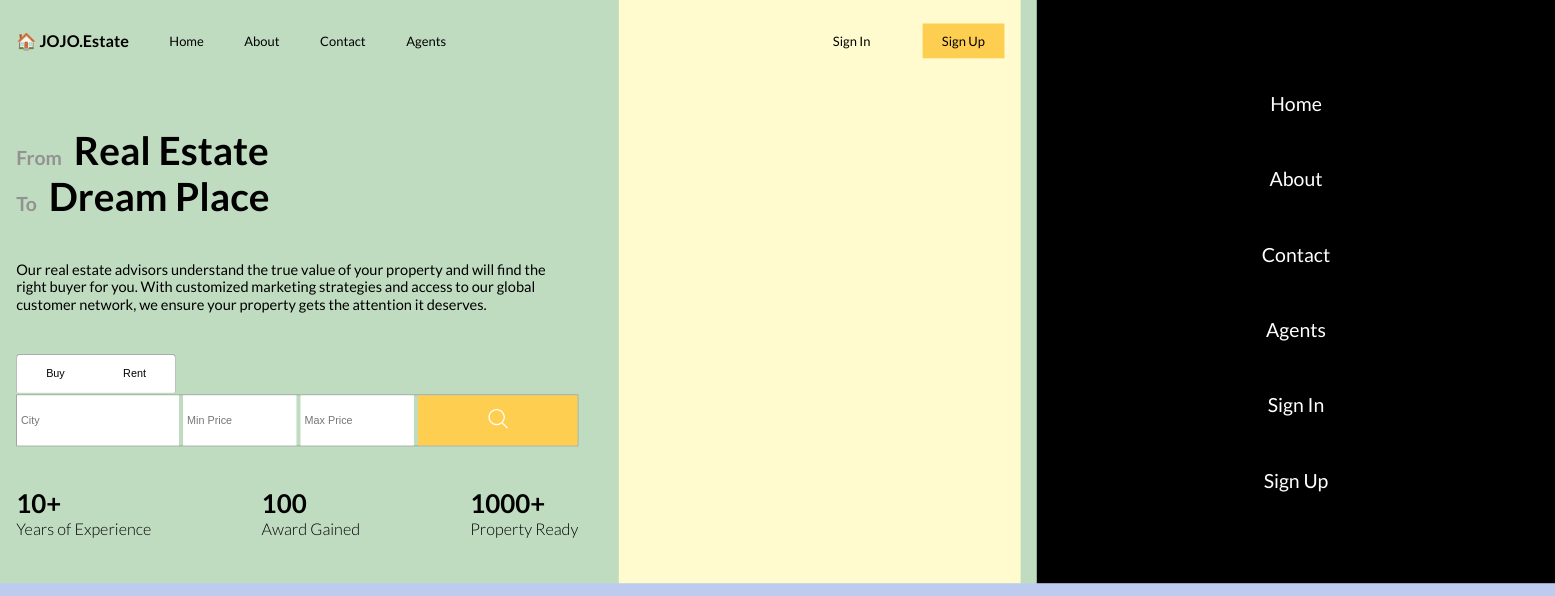
Repository: AiTrinh303/JOJO-estate
Page: /
The author's editor kept a copy of each file at every save. The page is drawn from the files as they stood at one save, then again after a run of saves.
The browser window is 1280 px wide. The page is 1920 px wide, so the pictures cover 1920 px, including what lies to the right of the window. The pictures show the whole page, at 81% of full size.
The page's requests for data from a server got no answer. The project was rebuilt for these pictures with package versions that can differ from the ones it lists, and the page was loaded fresh each time. No one was signed in, and anything a server would have sent is missing. Also part of the build but not shown: vite.config.js, src/routes/listPage/listPage.scss, src/components/filter/filter.scss, src/components/filter/Filter.jsx, src/components/card/card.scss, src/components/card/Card.jsx, src/components/map/map.scss, src/components/pin/pin.scss and 21 more. Imported but missing from the stored project, and not drawn on this page: src/components/uploadWidget/UploadWidget.

Above is the page before, as saved 2024-08-06 22:11:20.

### index.html
<!DOCTYPE html>
<html lang="en">
  <head>
    <meta charset="UTF-8" />
    <link rel="icon" type="image/svg+xml" href="/logo.png" />
    <meta name="viewport" content="width=device-width, initial-scale=1.0" />
    <title>🏠JOJO Estate App</title>
    <meta name="description" content="Buy, Sell and Rent Properties" />
    <link
      href="https://fonts.googleapis.com/css2?family=Lato:ital,wght@0,100;0,300;0,400;0,700;0,900;1,100;1,300;1,400;1,700;1,900&display=swap"
      rel="stylesheet"
    />
  </head>
  <body>
    <div id="root"></div>
    <script type="module" src="/src/main.jsx"></script>
  </body>
</html>

### src/App.jsx
import HomePage from "./routes/homePage/homePage";
import { createBrowserRouter, RouterProvider } from "react-router-dom";
import ListPage from "./routes/listPage/listPage";
import { Layout, RequireAuth } from "./routes/layout/layout";
import SinglePage from "./routes/singlePage/singlePage";
import ProfilePage from "./routes/profilePage/profilePage";
import Login from "./routes/login/login";
import Register from "./routes/register/register";
import ProfileUpdatePage from "./routes/profileUpdatePage/profileUpdatePage";
import NewPostPage from "./routes/newPostPage/newPostPage";
import { listPageLoader, profilePageLoader, singlePageLoader } from "./lib/loaders";

function App() {
  const router = createBrowserRouter([
    {
      path: "/",
      element: <Layout />,
      children: [
        {
          path: "/",
          element: <HomePage />,
        },
        {
          path: "/list",
          element: <ListPage />,
          loader: listPageLoader,
        },
        {
          path: "/:id",
          element: <SinglePage />,
          loader: singlePageLoader,
        },
        {
          path: "/login",
          element: <Login />,
        },
        {
          path: "/register",
          element: <Register />,
        },
      ],
    },
    {
      path: "/",
      element: <RequireAuth />,
      children: [
        {
          path: "/profile",
          element: <ProfilePage />,
          loader: profilePageLoader
        },
        {
          path: "/profile/update",
          element: <ProfileUpdatePage />,
        },
        {
          path: "/add",
          element: <NewPostPage />,
        },
      ],
    },
  ]);

  return <RouterProvider router={router} />;
}

export default App;

### src/index.scss
*{
  padding: 0;
  margin: 0;
  box-sizing: border-box;
}

a {
  text-decoration: none;
  color: inherit;
}

body{
  font-family: "Lato", sans-serif;
  overflow: hidden;
  background-color: #bdcbee;

}

### src/routes/homePage/homePage.jsx
import { useContext } from "react";
import SearchBar from "../../components/searchBar/SearchBar";
import "./homePage.scss";
import { AuthContext } from "../../context/AuthContext";

function HomePage() {

  const {currentUser} = useContext(AuthContext)

  return (
    <div className="homePage">
      <div className="textContainer">
        <div className="wrapper">
          <h1 className="title">
            <span className="small-text">From </span>
            <span className="animated-text">Real Estate</span>
            <br />
            <span className="small-text">To </span>
            <span className="animated-text">Dream Place</span>
          </h1>
          <p>
          Our real estate advisors understand the true value of your property and will find the right buyer for you. With customized marketing strategies and access to our global customer network, we ensure your property gets the attention it deserves.
          </p>
          <SearchBar />
          <div className="boxes">
            <div className="box">
              <h1>10+</h1>
              <h2>Years of Experience</h2>
            </div>
            <div className="box">
              <h1>100</h1>
              <h2>Award Gained</h2>
            </div>
            <div className="box">
              <h1>1000+</h1>
              <h2>Property Ready</h2>
            </div>
          </div>
        </div>
      </div>
      <div className="imgContainer">
        <img src="/bg.png" alt="background" />
      </div>

    </div>
  );
}

export default HomePage;

### src/routes/layout/layout.jsx
import "./layout.scss";
import Navbar from "../../components/navbar/Navbar";
import { Navigate, Outlet } from "react-router-dom";
import { useContext } from "react";
import { AuthContext } from "../../context/AuthContext";

function Layout() {
  return (
    <div className="layout">
      <div className="navbar">
        <Navbar />
      </div>
      <div className="content">
        <Outlet />
      </div>
    </div>
  );
}

function RequireAuth() {
  const { currentUser } = useContext(AuthContext);

  if (!currentUser) return <Navigate to="/login" />;
  else {
    return (
      <div className="layout">
        <div className="navbar">
          <Navbar />
        </div>
        <div className="content">
          <Outlet />
        </div>
      </div>
    );
  }
}

export { Layout, RequireAuth };

### src/components/searchBar/SearchBar.jsx
import { useState } from "react";
import "./searchBar.scss";
import { Link } from "react-router-dom";

const types = ["buy", "rent"];

function SearchBar() {
  const [query, setQuery] = useState({
    type: "buy",
    city: "",
    minPrice: 0,
    maxPrice: 0,
  });

  const switchType = (val) => {
    setQuery((prev) => ({ ...prev, type: val }));
  };

  const handleChange = (e) => {
    setQuery((prev) => ({ ...prev, [e.target.name]: e.target.value }));
  };

  return (
    <div className="searchBar">
      <div className="type">
        {types.map((type) => (
          <button
            key={type}
            onClick={() => switchType(type)}
            className={query.type === type ? "active" : ""}
          >
            {type}
          </button>
        ))}
      </div>
      <form>
        <input
          type="text"
          name="city"
          placeholder="City"
          onChange={handleChange}
        />
        <input
          type="number"
          name="minPrice"
          min={0}
          max={10000000}
          placeholder="Min Price"
          onChange={handleChange}
        />
        <input
          type="number"
          name="maxPrice"
          min={0}
          max={10000000}
          placeholder="Max Price"
          onChange={handleChange}
        />
        <Link
          to={`/list?type=${query.type}&city=${query.city}&minPrice=${query.minPrice}&maxPrice=${query.maxPrice}`}
        >
          <button>
            <img src="/search.png" alt="" />
          </button>
        </Link>
      </form>
    </div>
  );
}

export default SearchBar;

### src/routes/homePage/homePage.scss
@import "../../responsive.scss";

.homePage {
  display: flex;
  height: 100%;

  .textContainer {
    flex: 3;

    .wrapper {
      padding-right: 100px;
      display: flex;
      flex-direction: column;
      justify-content: center;
      gap: 50px;
      height: 100%;

      @include lg{
        padding-right: 50px;
      }

      @include md{
        padding: 0;
      }

      @include sm{
        justify-content: flex-start;
      }

      .title {
        font-size: 64px;
        .small-text {
          font-size: 0.5em;
          color: #929292;
          margin-right: 10px;
        }
        .animated-text {
          display: inline-block;
          position: relative;
          animation: slide-in 2s ease-in-out;
        }
        @include lg {
          font-size: 48px;
        }
      }
      p {
        font-size: 18px;
      }

      .boxes {
        display: flex;
        justify-content: space-between;

        @include sm {
          display: none;
        }

        h1 {
          font-size: 36px;

          @include lg {
            font-size: 32px;
          }
        }

        h2 {
          font-size: 20px;
          font-weight: 300;
        }
      }
    }
  }

  .imgContainer {
    flex: 2;
    background-color: #fffbce;
    position: relative;
    display: flex;
    align-items: center;


    @include md {
      display: none;
    }

    img {
      width: 115%;
      position: absolute;
      right: -35px;
      opacity: 0;
      animation: fade-in-slide-up 2s ease-in-out forwards;

      @include lg {
        width: 105%;
      }
    }
  }


}
@keyframes slide-in {
  0% {
    opacity: 0;
    transform: translateX(-100%);
  }
  100% {
    opacity: 1;
    transform: translateX(0);
  }
}

@keyframes fade-in-slide-up {
  0% {
    opacity: 0;
    transform: translateY(50px); /* Start below */
  }
  100% {
    opacity: 1;
    transform: translateY(0); /* End at original position */
  }
}

### src/routes/layout/layout.scss
@import "../../responsive.scss";

.layout {
  height: 100vh;
  max-width: 1366px;
  margin-left: auto;
  margin-right: auto;
  padding-left: 20px;
  padding-right: 20px;
  background: rgb(192, 220, 192);

  @include lg {
    max-width: 1280px;
  }

  @include md {
    max-width: 768px;
  }

  @include sm {
    max-width: 640px;
  }

  .content {
    // flex: 1;
    height: calc(100vh - 100px);
  }
}

### src/components/navbar/Navbar.jsx
import { useContext, useState } from "react";
import "./navbar.scss";
import { Link } from "react-router-dom";
import { AuthContext } from "../../context/AuthContext";
import { useNotificationStore } from "../../lib/notificationStore";

function Navbar() {
  const [open, setOpen] = useState(false);

  const { currentUser } = useContext(AuthContext);

  const fetch = useNotificationStore((state) => state.fetch);
  const number = useNotificationStore((state) => state.number);

  if(currentUser) fetch();

  return (
    <nav>
      <div className="left">
        <a href="/" className="logo">
          <span>🏠 JOJO.Estate</span>
        </a>
        <a href="/">Home</a>
        <a href="/">About</a>
        <a href="/">Contact</a>
        <a href="/">Agents</a>
      </div>

      <div className="right">
        <a href="/">Sign In</a>
        <a href="/" className="register">Sign Up</a>
        <div className="menuIcon">
          <img
            src="/menu.png"
            alt="menu"
            onClick={() => setOpen((prev) => !prev)}/>
        </div>
        <div className={open ? "menu active" : "menu"}>
          <a href="/">Home</a>
          <a href="/">About</a>
          <a href="/">Contact</a>
          <a href="/">Agents</a>
          <a href="/">Sign In</a>
          <a href="/">Sign Up</a>
        </div>
        {/* {currentUser ? (
          <div className="user">
            <img src={currentUser.avatar || "/noavatar.jpg"} alt="" />
            <span>{currentUser.username}</span>
            <Link to="/profile" className="profile">
              {number > 0 && <div className="notification">{number}</div>}
              <span>Profile</span>
            </Link>
          </div>
        ) : (
          <>
            <a href="/login">Sign in</a>
            <a href="/register" className="register">
              Sign up
            </a>
          </>
        )}
        <div className="menuIcon">
          <img
            src="/menu.png"
            alt=""
            onClick={() => setOpen((prev) => !prev)}
          />
        </div>
        <div className={open ? "menu active" : "menu"}>
          <a href="/">Home</a>
          <a href="/">About</a>
          <a href="/">Contact</a>
          <a href="/">Agents</a>
          <a href="/">Sign in</a>
          <a href="/">Sign up</a>
        </div> */}
      </div>
    </nav>
  );
}

export default Navbar;

### src/components/searchBar/searchBar.scss
@import "../../responsive.scss";

.searchBar {
  .type {

    button {
      padding: 16px 36px;
      border: 1px solid #999;
      border-bottom: none;
      cursor: pointer;
      background-color: white;
      text-transform: capitalize;
      margin-bottom: 1px;
      width

      &.active {
        background-color: black;
        color: white;

      };

      &:first-child {
        border-top-left-radius: 5px;
        border-right: none;
      };
      &:last-child {
        border-top-right-radius: 5px;
        border-left: none;
      };
    }
  }

  form {
    margin-top: 1px;
    border: 1px solid #999;
    display: flex;
    justify-content: space-between;
    height: 64px;
    gap: 5px;

    @include sm {
      flex-direction: column;
      border: none;
    };

    input {
      border: none;
      padding: 0px 10px;
      width: 200px;

      @include lg {
        padding: 0px 5px;

        &:nth-child(2),
        &:nth-child(3) {
          width: 140px;
        }
      };
      @include md {
        width: 200px;
        &:nth-child(2),
        &:nth-child(3) {
          width: 200px;
        }
      };

      @include sm{
        width: auto;
        &:nth-child(2),
        &:nth-child(3) {
          width: auto;
        }
        padding: 20px;
        border: 1px solid #999;
      }
    };

    a{
      flex: 1;
      background-color: #fece51;
      display: flex;
      align-items: center;
      justify-content: center;

      button {
        border: none;
        cursor: pointer;
        background-color: #fece51;

        @include sm{
          padding: 10px;
        }

        img {
          width: 24px;
          height: 24px;
        }
      }
    }
  }
}

### src/responsive.scss
@mixin sm {
  @media (max-width: 738px) {
    @content;
  }
};

@mixin md {
  @media (max-width: 1024px) {
    @content;
  }
};

@mixin lg {
  @media (max-width: 1366px) {
    @content;
  }
};

### src/components/navbar/navbar.scss
@import "../../responsive.scss";

nav {
  height: 100px;
  display: flex;
  justify-content: space-between;
  align-items: center;

  a {
    transition: all 0.4s ease;

    @include sm {
      display: none;
    }

    &:hover {
      scale: 1.08;
    }
  }

  .left {
    flex: 3;
    display: flex;
    align-items: center;
    gap: 50px;

    .logo {
      font-weight: bold;
      font-size: 20px;
      display: flex;
      align-items: center;
      gap: 3px;

      span {
        @include md {
          display: none;
        }

        @include sm {
          display: initial;
        }
      }
    }
  }
  .right {
    flex: 2;
    display: flex;
    align-items: center;
    justify-content: flex-end;
    background-color: #fffbce;
    ;
    height: 100%;

    @include md {
      background-color: transparent;
    }

    a {
      padding: 12px 24px;
      margin: 20px;
    }

    .user{
      display: flex;
      align-items: center;
      font-weight: bold;

      img{
        width: 40px;
        height: 40px;
        border-radius: 50%;
        object-fit: cover;
        margin-right: 20px;
      }

      span{
        @include sm{
          display: none;
        }
      }

      .profile{
        padding: 12px 24px;
        background-color: #fece51;
        cursor: pointer;
        border: none;
        position: relative;

        .notification{
          position: absolute;
          top: -8px;
          right: -8px;
          background-color: red;
          color: white;
          border-radius: 50%;
          width: 26px;
          height: 26px;
          display: flex;
          align-items: center;
          justify-content: center;
        }

      }
    }

    .register {
      background-color: #fece51;
    }

    .menuIcon {
      display: none;
      z-index: 999;

      img {
        width: 36px;
        height: 36px;
        cursor: pointer;
      }

      @include sm {
        display: inline;
      }
    }

    .menu {
      position: absolute;
      top: 0;
      right: -50%;
      background-color: black;
      color: white;
      height: 100vh;
      width: 50%;
      transition: all 1s ease;
      display: flex;
      flex-direction: column;
      align-items: center;
      justify-content: center;
      font-size: 24px;

      &.active {
        right: 0;
      }

      @include sm {
        a {
          display: initial;
        }
      }
    }
  }
}

Loaded but not shown: src/main.jsx (common file); src/context/AuthContext.jsx (common file); src/context/SocketContext.jsx (common file); src/lib/loaders.js (common file); src/lib/apiRequest.js (common file); src/lib/notificationStore.js (common file)

After the next 2 saves:
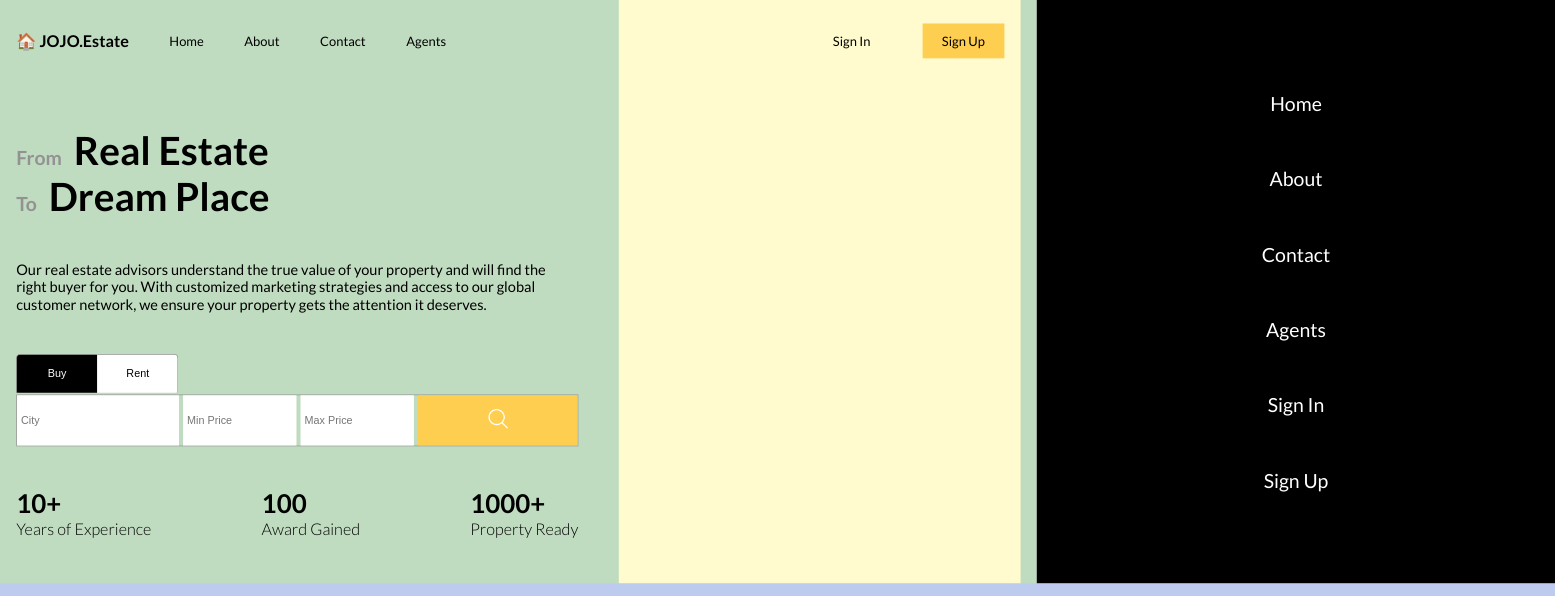
The 2 saves are shown as one change because they came seconds apart.
The last was saved 8 s later.
--- a/src/components/searchBar/searchBar.scss
+++ b/src/components/searchBar/searchBar.scss
@@ -11,7 +11,7 @@
       background-color: white;
       text-transform: capitalize;
       margin-bottom: 1px;
-      width
+      width: 100px;
 
       &.active {
         background-color: black;
